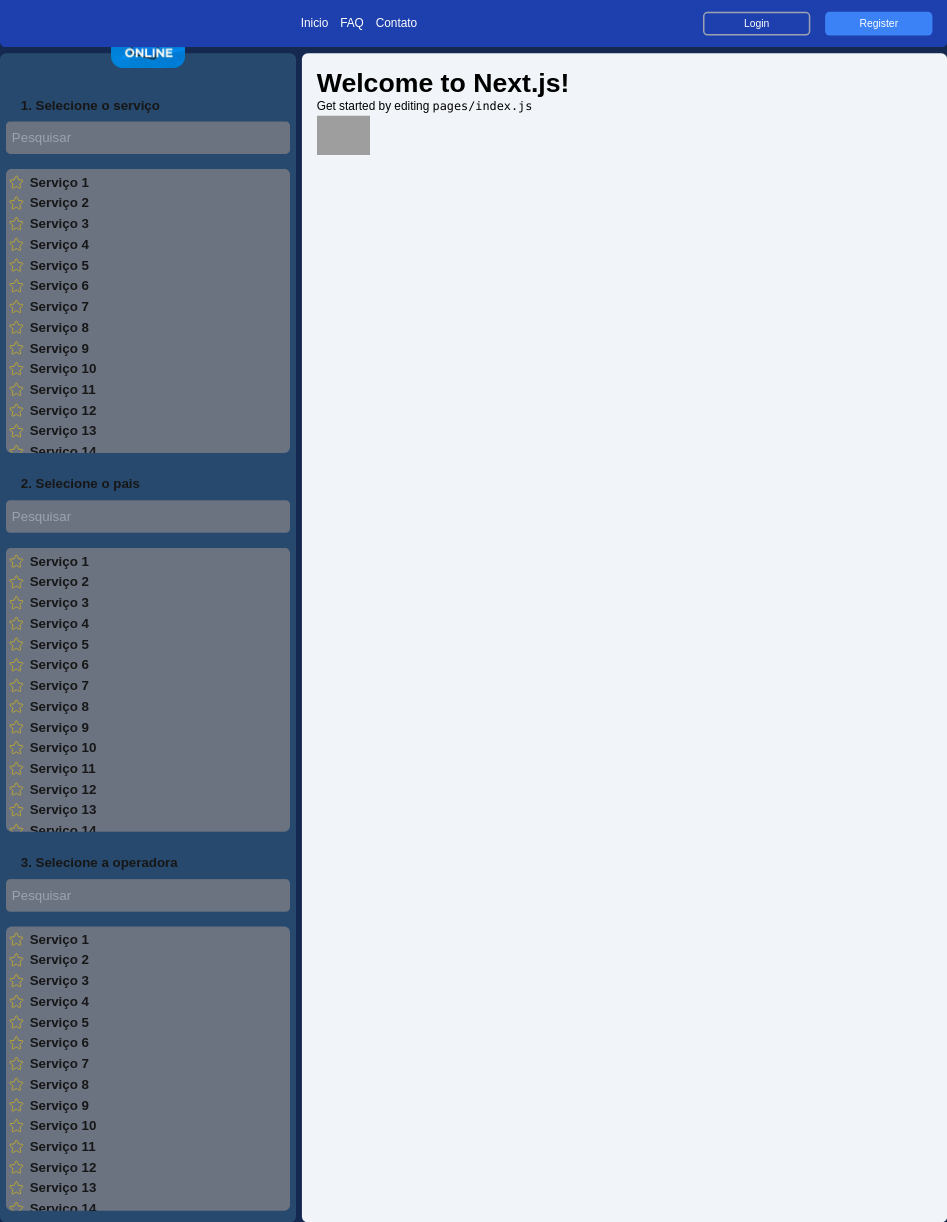
Repository: Felipe-Henrique-Dev/-DIOGO-SMS
Page: /
An editor plug-in stored every save of this project. The page is shown before and after the next save, followed by the edit.
The browser window is 1280 px wide. The pictures show the whole page, at 74% of full size.
Pictures or frames that could not be fetched are drawn as grey boxes. The project was rebuilt for these pictures with package versions that can differ from the ones it lists, and the page was loaded fresh each time. The framework's server and built-in components were replaced by stand-ins that run in the browser. Also part of the build but not shown: next.config.ts.

Above is the page before, as saved 2024-12-16 22:20:45.

### src/app/layout.tsx
import type { Metadata } from "next";
import "./globals.css";
import Header from "@/components/main/Header";
import Main from "@/components/main/Main";
import WebApp from "@/components/main/WebApp";



export const metadata: Metadata = {
  title: "Create Next App",
  description: "Generated by create next app",
};

export default function RootLayout({
  children,
}: Readonly<{
  children: React.ReactNode;
}>) {
  return (
    <html lang="pt-br">
      <body className={`antialiased`}>
        <Header />
        <Main>
          <WebApp />
          {children}
        </Main>
      </body>
    </html>
  );
}

### src/app/page.tsx
import Section from "@/components/main/Section";
import Image from "next/image";

export default function Home() {
  return (
    <Section>
      <h1 className="text-4xl font-bold text-center">Welcome to Next.js!</h1>
      <p className="text-center">
        Get started by editing <code>pages/index.js</code>
      </p>
      <Image
        src="/vercel.svg"
        alt="Vercel Logo"
        width={72}
        height={16}
      />
    </Section>
  );
}

### src/app/globals.css
@tailwind base;
@tailwind components;
@tailwind utilities;

:root {
  --background: #142850;
  --background-secondary: #27496D;
  --primary_text: #fff;
  --foreground: #171717;
  --color-primary: #000;
  --color-secondary: #1F40AF;
}


body {
  color: var(--foreground);
  background: var(--background);
  font-family: Arial, Helvetica, sans-serif;
}

::-webkit-scrollbar {
  width: 8px;
  height: 10px;
}

::-webkit-scrollbar-track {
  background-color: var(--color-primary);
}

::-webkit-scrollbar-thumb {
  background: var(--color-secondary);
  border-radius: 10px;
}

::-webkit-scrollbar-thumb:hover {
  background-color: var(--color-highlight-hover);
}

### src/components/main/Header.tsx
import React from "react";
import { Button } from "./Button";


export default function Header() {
  return (
    <header className="h-16 bg-blue-800 max-w-screen-2xl m-auto sticky top-0 items-center justify-between  flex rounded-b-lg px-5 z-[9999] ">
        <span className="text-white text-lg font-bold"></span>
        <nav className="flex gap-4">
            <a href="#" className="text-white">Inicio</a>
            <a href="#" className="text-white">FAQ</a>
            <a href="#" className="text-white">Contato</a>
        </nav>
        <div className="container flex justify-between items-center w-1/4 gap-5">
            <Button type="button" size="sm" className="text-white" isLoading={false} bgColor="none">Login</Button>
            <Button type="button" size="sm" className="text-white" isLoading={false} bgColor="primary">
                Register
            </Button>
        </div>
    </header>
  );
}

### src/components/main/Main.tsx
import React from "react";

export default function Main({
  children,
}: Readonly<{
  children: React.ReactNode;
}>) {
  return (
    <main className="container max-w-screen-2xl mx-auto flex pt-2 gap-2 ">
      {children}
    </main>
  );
}

### src/components/main/WebApp.tsx
'use client'
import React from "react";
import { Input } from "./Input";
import { useForm } from "react-hook-form"
import Image from "next/image";
export default function WebApp() {
  const [selectService, setSelectService] = React.useState<{ title: string; valor: number; numberDispobilize: number; id: string } | null>(null);
  const [selectCountry, setSelectCountry] = React.useState<{ title: string; valor: number; numberDispobilize: number; id: string } | null>(null);
  const [selectOperator, setSelectOperator] = React.useState<{ title: string; valor: number; numberDispobilize: number; id: string } | null>(null);

  return (
    <aside className="min-w-[25rem] min-h-[90svh] bg-background_secondary text-pri sticky left-0 top-[4.5rem] z-50 rounded-lg flex flex-col p-2 gap-5  pt-14">
      <Image src="/logo.webp" alt="Logo" width={100} height={100} className="rounded-2xl absolute -top-20 transform -translate-x-1/2 left-1/2" />
      <Container subTitle="1. Selecione o serviço" list={list} select={selectService} setSelect={setSelectService} />
      <Container subTitle="2. Selecione o pais" list={list} select={selectCountry} setSelect={setSelectCountry} />
      <Container subTitle="3. Selecione a operadora" list={list} select={selectOperator} setSelect={setSelectOperator} />
    </aside>
  );
}


const Container = ({
  list,
  subTitle,
  select,
  setSelect
}: {
  subTitle: string;
  select?: { title: string; valor: number; numberDispobilize: number; id: string } | null;
  setSelect: React.Dispatch<React.SetStateAction<{ title: string; valor: number; numberDispobilize: number; id: string } | null>>;
  list: { title: string; valor: number; numberDispobilize: number; id: string }[];
}) => {
  const { register, watch } = useForm();
  const filter = (watch("filter") || "").toLowerCase();
  const [favorites, setFavorites] = React.useState<string[]>([]);
  const [loading, setLoading] = React.useState<boolean>(true);

  React.useEffect(() => {
    const storedFavorites = JSON.parse(localStorage.getItem("favorites") || "[]");
    setFavorites(storedFavorites);
    setLoading(false);
  }, []);

  const setFavoriteInStorage = (item: string) => {
    const newFavorites = favorites.includes(item)
      ? favorites.filter(favorite => favorite !== item)
      : [...favorites, item];

    setFavorites(newFavorites);
    localStorage.setItem("favorites", JSON.stringify(newFavorites));
  };

  // Primeiro filtrar e ordenar a lista antes do map
  const filteredAndSortedList = React.useMemo(() => {
    return list
      .filter(item => item.title.toLowerCase().includes(filter))
      .sort((a, b) => {
        const aFav = favorites.includes(a.id);
        const bFav = favorites.includes(b.id);
        if (aFav && !bFav) return -1;
        if (!aFav && bFav) return 1;
        return 0;
      });
  }, [list, filter, favorites]);

  if (loading) return <div>Carregando...</div>;

  return (
    <div className="flex flex-col gap-2  ">
      <span className="text-lg font-bold w-full text-start px-5">{subTitle}</span>
      {
        select ?
          <div className="flex w-full bg-slate-300 rounded-lg h-10 items-center justify-start px-5 gap-5 ">
            <button onClick={() => setSelect(null)} className="flex items-center justify-center gap-2 h-8 min-w-8 rounded-xl border-red-500 border-[1px] text-black">X</button>
            <span className="text-lg font-bold min-w-8 h-8 rounded-full text-center bg-white ">I</span>
            <span className="text-lg font-bold w-auto text-center">{select.title}</span>
          </div>
        :
        <>
          <Input type="text" placeholder="Pesquisar" size="lg" register={register("filter")} />
          <div className="h-96 bg-gray-500 w-full my-2 overflow-x-auto scroll-smooth rounded-lg p-1 ">
            {filteredAndSortedList.map((item) => (
              <div className="bg-gray-500 w-full flex items-center justify-start gap-2" key={item.id}>
                <Stars
                  stars={favorites.includes(item.id)}
                  setFavorite={() => setFavoriteInStorage(item.id)}
                />
                <button className="flex flex-col" onClick={() => setSelect(item)}>
                  <span className="text-lg font-bold w-full text-center">{item.title}</span>
                </button>
              </div>
            ))}
          </div>
        </>
      }
    </div>
  );
};



const list = [
  {
    id: "1",
    title: "Serviço 1",
    valor: 10.00,
    numberDispobilize: 6000,
  },
  {
    id: "2",
    title: "Serviço 2",
    valor: 20.00,
    numberDispobilize: 5000,
  },
  {
    id: "3",
    title: "Serviço 3",
    valor: 30.00,
    numberDispobilize: 4000,
  },
  {
    id: "4",
    title: "Serviço 4",
    valor: 40.00,
    numberDispobilize: 3000,
  },
  {
    id: "5",
    title: "Serviço 5",
    valor: 50.00,
    numberDispobilize: 2000,
  },
  {
    id: "6",
    title: "Serviço 6",
    valor: 60.00,
    numberDispobilize: 1000,
  },
  {
    id: "7",
    title: "Serviço 7",
    valor: 70.00,
    numberDispobilize: 900,
  },
  {
    id: "8",
    title: "Serviço 8",
    valor: 80.00,
    numberDispobilize: 800,
  },
  {
    id: "9",
    title: "Serviço 9",
    valor: 90.00,
    numberDispobilize: 700,
  },
  {
    id: "10",
    title: "Serviço 10",
    valor: 100.00,
    numberDispobilize: 600,
  },
  {
    id: "11",
    title: "Serviço 11",
    valor: 110.00,
    numberDispobilize: 500,
  },
  {
    id: "12",
    title: "Serviço 12",
    valor: 120.00,
    numberDispobilize: 400,
  },
  {
    id: "13",
    title: "Serviço 13",
    valor: 130.00,
    numberDispobilize: 300,
  },
  {
    id: "14",
    title: "Serviço 14",
    valor: 140.00,
    numberDispobilize: 200,
  },
  {
    id: "15",
    title: "Serviço 15",
    valor: 150.00,
    numberDispobilize: 100,
  }
];

const Stars = ({stars, setFavorite} : {stars: boolean, setFavorite: () => void}) => {
  return (
      <>
          {
              !stars?
              <svg width="20" height="20" viewBox="0 0 13 12" fill="none" xmlns="http://www.w3.org/2000/svg" onClick={setFavorite} className="cursor-pointer" >
                  <path d="M6.49956 9.51326L9.26623 11.1866C9.77289 11.4933 10.3929 11.0399 10.2596 10.4666L9.52623 7.31992L11.9729 5.19993C12.4196 4.81326 12.1796 4.07993 11.5929 4.03326L8.37289 3.75993L7.11289 0.786592C6.88623 0.246592 6.11289 0.246592 5.88623 0.786592L4.62623 3.75326L1.40623 4.02659C0.81956 4.07326 0.57956 4.80659 1.02623 5.19326L3.47289 7.31326L2.73956 10.4599C2.60623 11.0333 3.22623 11.4866 3.73289 11.1799L6.49956 9.51326Z" fill="none" stroke="#EFC900" strokeWidth="0.5"/>
              </svg>
              :
              <svg width="20" height="20" viewBox="0 0 13 12" fill="none" xmlns="http://www.w3.org/2000/svg" onClick={setFavorite} className="cursor-pointer">
                  <path d="M6.49956 9.51326L9.26623 11.1866C9.77289 11.4933 10.3929 11.0399 10.2596 10.4666L9.52623 7.31992L11.9729 5.19993C12.4196 4.81326 12.1796 4.07993 11.5929 4.03326L8.37289 3.75993L7.11289 0.786592C6.88623 0.246592 6.11289 0.246592 5.88623 0.786592L4.62623 3.75326L1.40623 4.02659C0.81956 4.07326 0.57956 4.80659 1.02623 5.19326L3.47289 7.31326L2.73956 10.4599C2.60623 11.0333 3.22623 11.4866 3.73289 11.1799L6.49956 9.51326Z" fill="#EFC900"/>
              </svg>
          }
      </>
  );
}

### src/components/main/Section.tsx
import { cn } from "@/lib/utils";
import React from "react";

export default function Section({
  children,
  className
}: Readonly<{
  children: React.ReactNode;
  className?: string;
}>) {
  return (
    <section className={cn(
      "p-5 flex flex-col min-h-[90svh] bg-slate-100 w-full text-black items-start justify-start rounded-lg ",
      className
    )}>
      {children}
    </section>
  );
}

### src/components/main/Button.tsx
/* eslint-disable @typescript-eslint/no-explicit-any */
import { cn } from "@/lib/utils";
import React from "react";

export const Button = ({
    className,
    size = "md",
    onClick,
    children,
    type,
    isLoading,
    bgColor = "primary",
}:{
    type: 'button' | 'submit' | 'reset';
    onClick?: (event: React.MouseEvent<HTMLButtonElement>) => void;
    className?: string;
    children: React.ReactNode;
    size?: "sm" | "md" | "lg";
    isLoading: boolean;
    bgColor?: "primary" | "secondary" | "danger" | "none";
}) => {

    const sizes = {
        sm: "w-1/2 h-8 text-sm",
        md: "w-3/4 h-10 text-base",
        lg: "w-full h-14 text-lg",
    };

    const bgColors = {
        primary: "bg-blue-500 text-white",
        secondary: "bg-gray-500 text-white",
        danger: "bg-red-500 text-white",
        none: "bg-transparent text-black border-gray-400 border-2 "
    };

    return (
        <button
            type={type}
            onClick={onClick}
            className={cn(
                "p-2 rounded-md relative flex items-center justify-center",
                bgColors[bgColor],
                sizes[size],
                className
            )}
            disabled={isLoading}
        >
            {
                isLoading ? loading() : children
            }
        </button>
    );
}


const loading = () => {
    return (
        <div className="absolute inset-0 bg-gray-300 bg-opacity-50 flex items-center justify-center">
            <div className="animate-spin rounded-full h-12 w-12 border-t-2 border-b-2 border-gray-900"></div>
        </div>
    );
}

### src/components/main/Input.tsx
/* eslint-disable @typescript-eslint/no-unused-vars */
/* eslint-disable @typescript-eslint/no-explicit-any */
import { cn } from "@/lib/utils";
import React from "react";

export const Input = ({
    type,
    placeholder,
    classNameSpan,
    classNameLabel,
    classNameInput,
    label,
    size = "md",
    icon,
    register,
    bgColor = "secondary",
    labelIsHidden = false,
    name
}:{
    type: 'text' | 'password' | 'email';
    placeholder: string;
    classNameSpan?: string;
    classNameLabel?: string;
    classNameInput?: string;
    size?: "sm" | "md" | "lg";
    icon?: React.ReactNode;
    register?: any;
    label?: string;
    bgColor?: "primary" | "secondary" | "danger" | "none";
    labelIsHidden?: boolean;
    name?: string;
}) => {

    const sizes = {
        sm: "w-1/2 h-8 text-sm",
        md: "w-3/4 h-10 text-base",
        lg: "w-full h-12 text-lg",
    };

    const bgColors = {
        primary: "bg-blue-500 text-white",
        secondary: "bg-gray-500 text-white",
        danger: "bg-red-500 text-white",
        none: "bg-transparent text-black border-gray-300 border-2"
    };


    return (
        <span className={cn(
                "relative flex flex-col",
                sizes[size],
                classNameSpan,
        )}>
            {
                labelIsHidden &&
                <label className={cn(
                    classNameLabel
                )} >
                    {label}
                </label>
            }
            <input
                type={type}
                placeholder={placeholder}
                {...register}
                className={cn(
                    "p-2 rounded-md relative w-full",
                    classNameInput,
                    bgColors[bgColor]
                )}
            />
            {icon}
        </span>

    );
}

### tailwind.config.ts
import type { Config } from "tailwindcss";

export default {
  content: [
    "./src/pages/**/*.{js,ts,jsx,tsx,mdx}",
    "./src/components/**/*.{js,ts,jsx,tsx,mdx}",
    "./src/app/**/*.{js,ts,jsx,tsx,mdx}",
  ],
  theme: {
    extend: {
      colors: {
        background: "var(--background)",
        foreground: "var(--foreground)",
        background_secondary: "var(--background-secondary)",
        primary: "var(--primary)",
      },
      background : {
        background: "var(--background)",
        background_secondary: "var(--background-secondary)",
        foreground: "var(--foreground)",
      },
    },
  },
  plugins: [],
} satisfies Config;

Loaded but not shown: src/lib/utils.ts (common file)

After the next save:
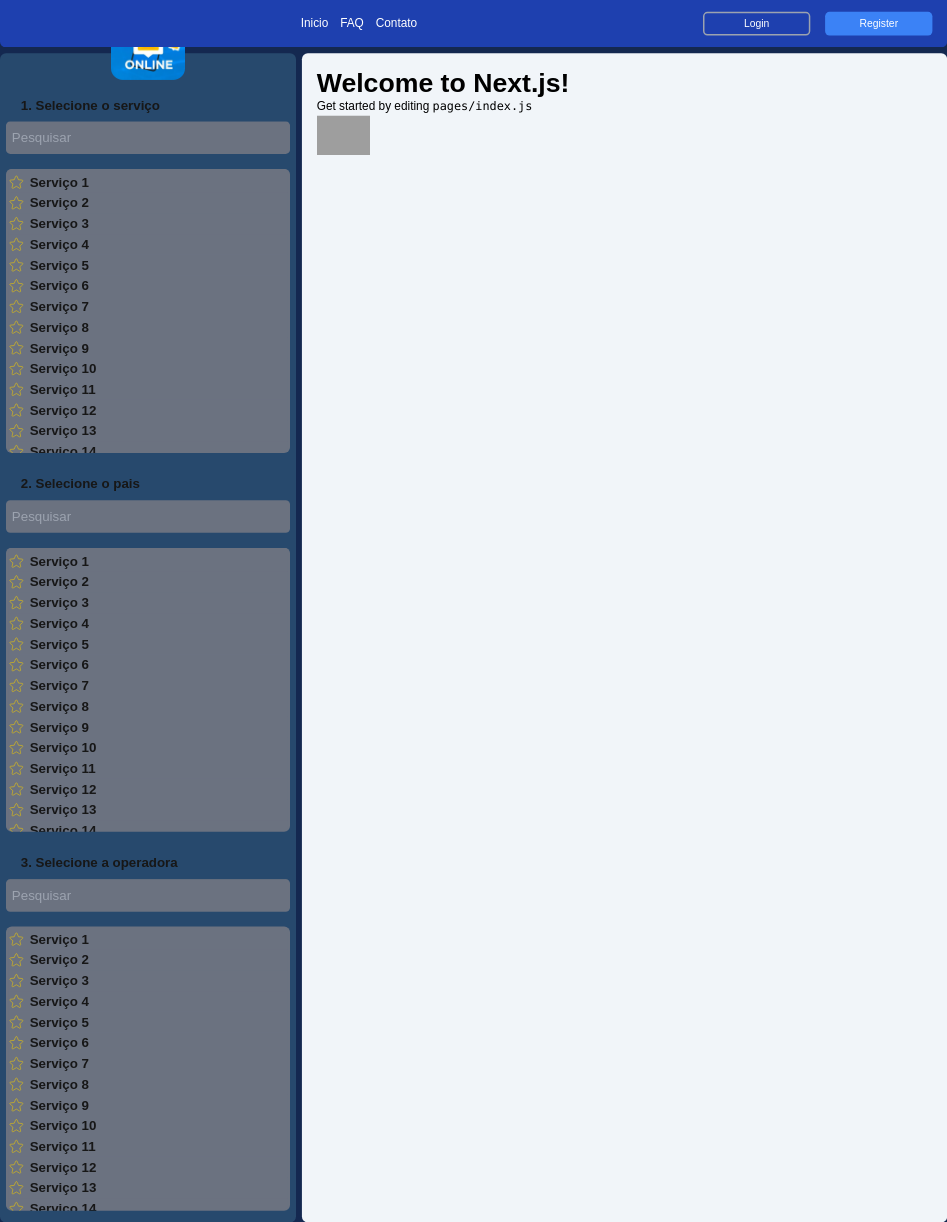
Saved 4 s later.
--- a/src/components/main/WebApp.tsx
+++ b/src/components/main/WebApp.tsx
@@ -10,7 +10,7 @@ export default function WebApp() {
 
   return (
     <aside className="min-w-[25rem] min-h-[90svh] bg-background_secondary text-pri sticky left-0 top-[4.5rem] z-50 rounded-lg flex flex-col p-2 gap-5  pt-14">
-      <Image src="/logo.webp" alt="Logo" width={100} height={100} className="rounded-2xl absolute -top-20 transform -translate-x-1/2 left-1/2" />
+      <Image src="/logo.webp" alt="Logo" width={100} height={100} className="rounded-2xl absolute -top-16 transform -translate-x-1/2 left-1/2" />
       <Container subTitle="1. Selecione o serviço" list={list} select={selectService} setSelect={setSelectService} />
       <Container subTitle="2. Selecione o pais" list={list} select={selectCountry} setSelect={setSelectCountry} />
       <Container subTitle="3. Selecione a operadora" list={list} select={selectOperator} setSelect={setSelectOperator} />
